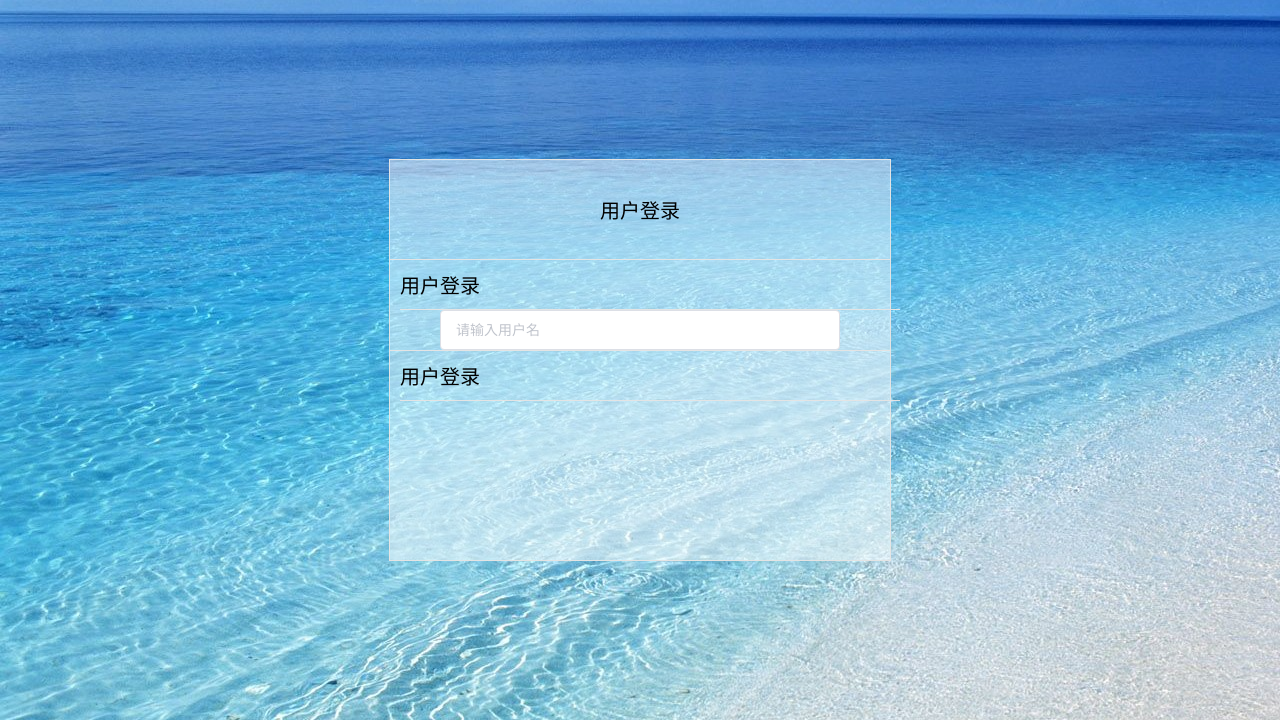
Repository: jinggegeZ/livechat
Page: /login
An editor plug-in stored every save of this project. The page is shown before and after the next save, followed by the edit.
The browser window is 1280 px wide. The pictures show the whole page.
The project was rebuilt for these pictures with package versions that can differ from the ones it lists, and the page was loaded fresh each time. Also part of the build but not shown: src/views/Home.vue.

Above is the page before, as saved 2020-08-17 15:15:37.

### src/main.js
import Vue from 'vue'
import App from './App.vue'
import router from './router'
import store from './store'
import ElementUI from 'element-ui';
import 'element-ui/lib/theme-chalk/index.css';

Vue.config.productionTip = false
Vue.use(ElementUI);
new Vue({
  router,
  store,
  render: h => h(App)

}).$mount('#app')

### src/App.vue
<template>
  <div id="app">

    <router-view/>
  </div>
</template>

<style lang="scss">
@import'../src/style/commoent'

</style>

### src/router/index.js
import Vue from 'vue'
import VueRouter from 'vue-router'
import Home from '../views/Home.vue'

Vue.use(VueRouter)

  const routes = [
  {
    path: '/',
    name: 'Home',
    component: Home
  },
  {
    path: '/login',
    name: 'login',
    component: () => import('../views/login.vue')
  }
]

const router = new VueRouter({
  mode: 'history',
  base: process.env.BASE_URL,
  routes
})

export default router

### src/style/commoent.css
*{
    margin: 0;
    padding: 0;
  }
  html {
    width: 100%;
    height: 100%;
  }
  #app {
    width: 100%;
    height: 100%;
  }
  body {
    width: 100%;
    height: 100%;
  }

### src/views/login.vue
<template>
  <div class="content">
    <div class="content-c">
      <div class="loginbox">
        <div class="username">用户登录</div>
        <!-- 用户登录 -->
        <div class="username1">用户登录</div>
        <!-- 用户名 -->
        <div class="input">
          <div class="inputbox">
            <el-input v-model="username" placeholder="请输入用户名"></el-input>
          </div>
        </div>
        <!-- 选择头像 -->
        <div class="username1">用户登录</div>
        <!-- 选择头像 -->
        <div class="imgbox"></div>
      </div>
    </div>
  </div>
</template>

<script>
export default {
  name: "",
  props: {},
  components: {},
  data() {
    return {
      username: "",
    };
  },
  methods: {},
  mounted() {},
  watch: {},
  computed: {},
};
</script>

<style scoped>
.content {
  width: 100%;
  height: 100%;
  display: flex;
  justify-content: center;
  align-items: center;
  background: url("../../public/image/02a28d595dea30839eeaa0fdd15dfce2.jpg")
    no-repeat;
  font-size: 20px;
}
.content-c {
  width: 100%;
  display: flex;
  justify-content: center;
  align-items: center;
}
.loginbox {
  width: 500px;
  height: 400px;
  border: 1px solid rgb(228, 228, 228);
  background: rgba(255, 255, 255, 0.5);
}
.username {
  width: 100%;
  height: 99px;
  display: flex;
  justify-content: center;
  align-items: center;
  border-bottom: 1px solid rgb(228, 228, 228);
}
.username1 {
  width: 100%;
  height: 49px;
  display: flex;
  justify-content: flex-start;
  align-items: center;
  border-bottom: 1px solid rgb(228, 228, 228);
  margin-left: 10px;
}
.input {
  width: 100%;
  display: flex;
  justify-content: center;
  align-items: center;
  border-bottom: 1px solid rgb(228, 228, 228);
}
.inputbox {
  width: 80%;
}
.imgbox {
  width: 100%;
}
</style>

Loaded but not shown: public/index.html (common file); src/store/index.js (common file)

After the next save:
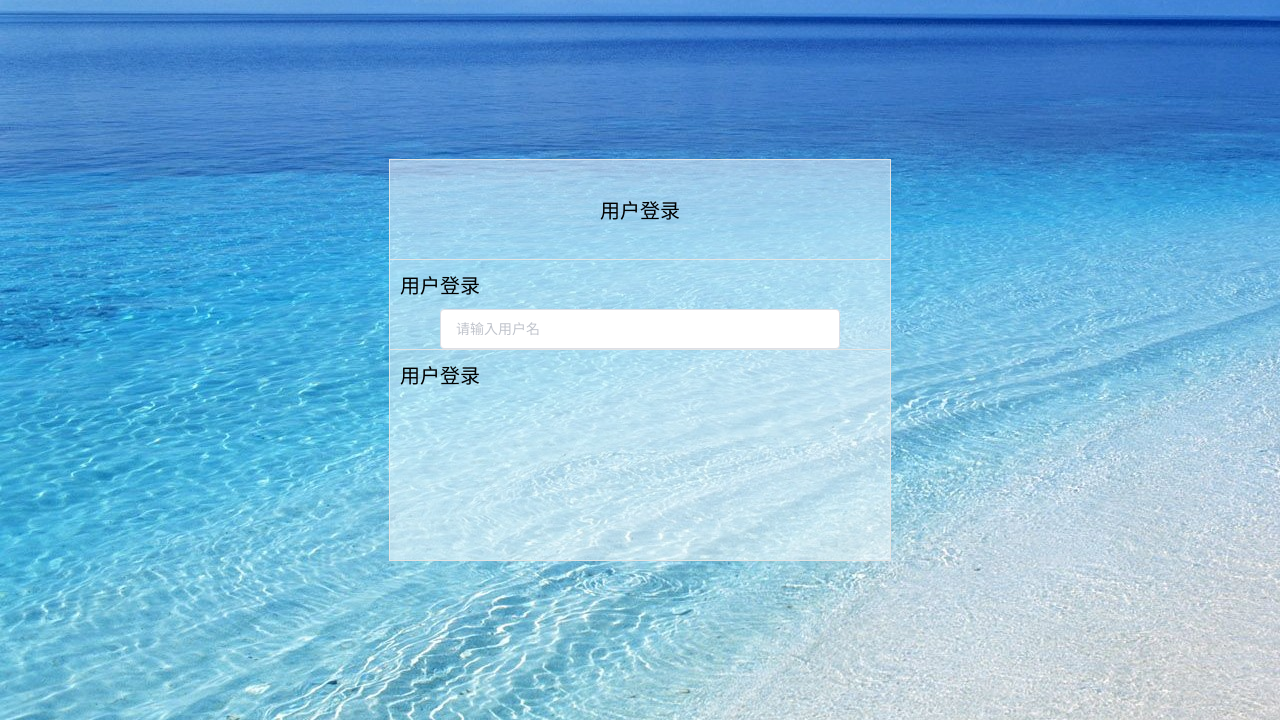
Saved 26 s later.
--- a/src/views/login.vue
+++ b/src/views/login.vue
@@ -74,7 +74,6 @@ export default {
   display: flex;
   justify-content: flex-start;
   align-items: center;
-  border-bottom: 1px solid rgb(228, 228, 228);
   margin-left: 10px;
 }
 .input {
